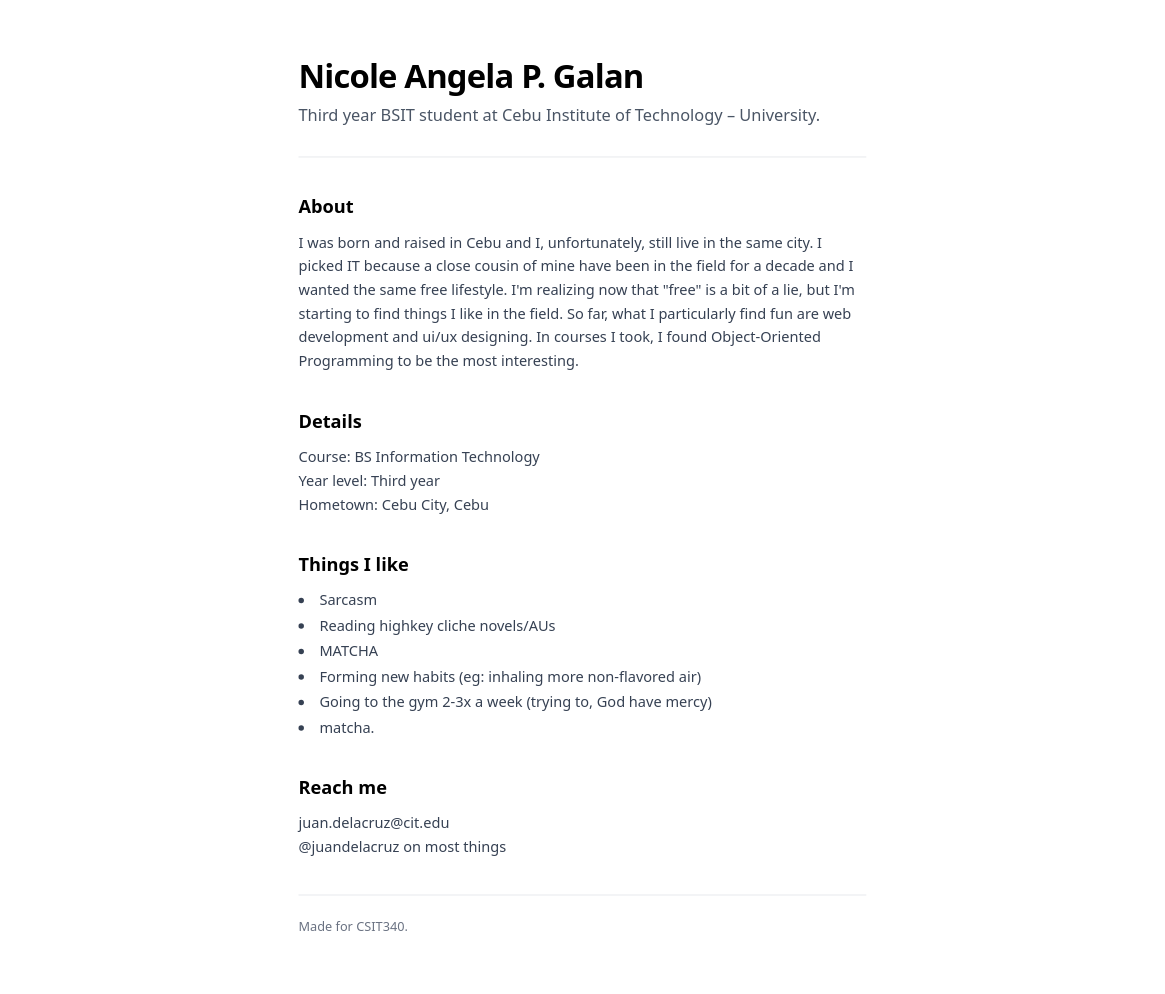
Repository: nicole-galan/CSIT340-Lab1-Galan
Page: /
An editor plug-in stored every save of this project. The page is shown before and after the next save, followed by the edit.
The browser window is 1280 px wide. The pictures show the whole page, at 91% of full size.
The project was rebuilt for these pictures with package versions that can differ from the ones it lists, and the page was loaded fresh each time. Also part of the build but not shown: vite.config.js.

Above is the page before, as saved 2026-09-04 16:53:59.

After the next save:
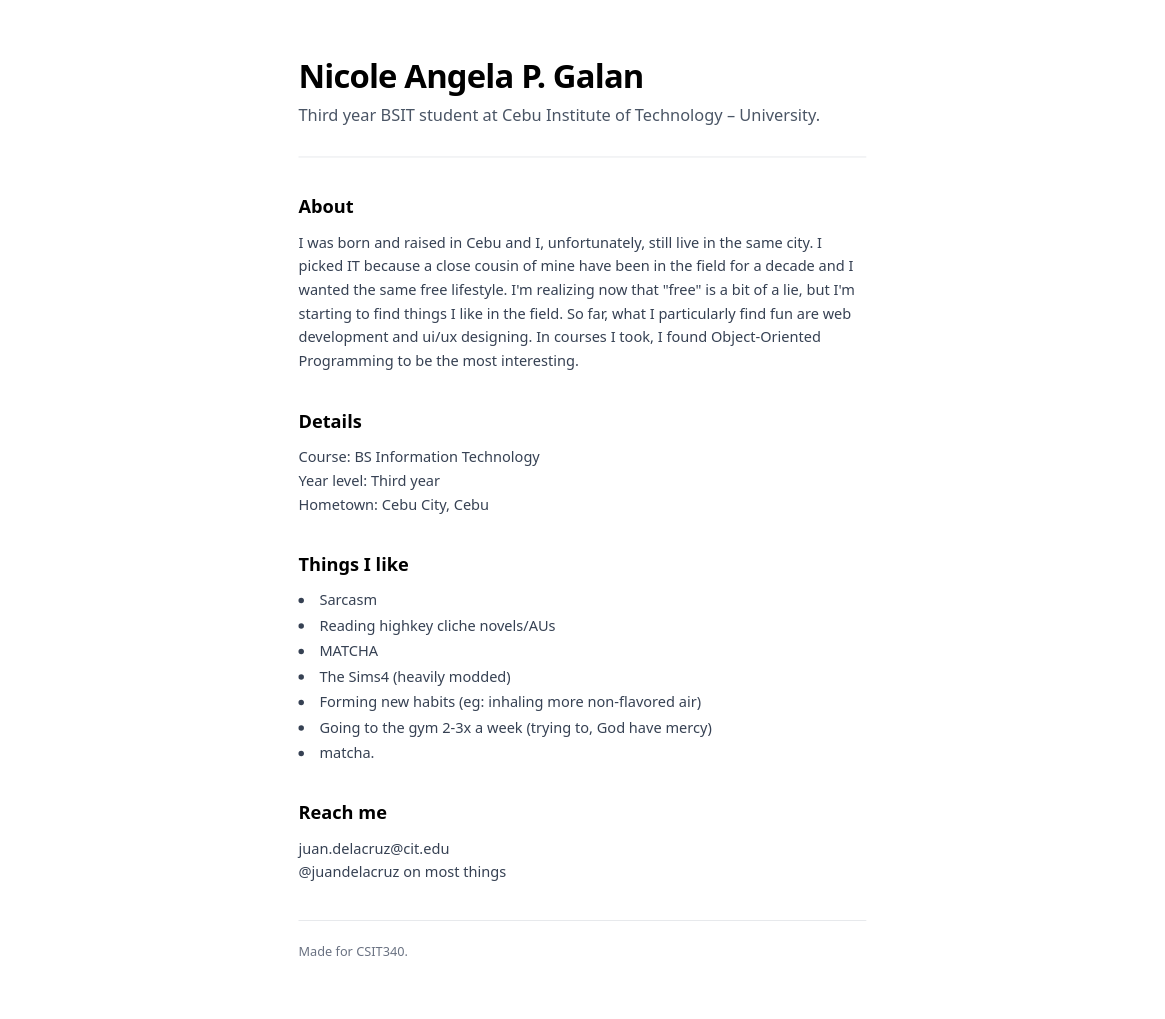
Saved 36 s later.
--- a/src/App.jsx
+++ b/src/App.jsx
@@ -39,6 +39,7 @@ function App() {
             <li>Sarcasm</li>
             <li>Reading highkey cliche novels/AUs</li>
             <li>MATCHA</li>
+            <li>The Sims4 (heavily modded)</li>
             <li>Forming new habits (eg: inhaling more non-flavored air)</li>
             <li>Going to the gym 2-3x a week (trying to, God have mercy)</li>
             <li>matcha.</li>
